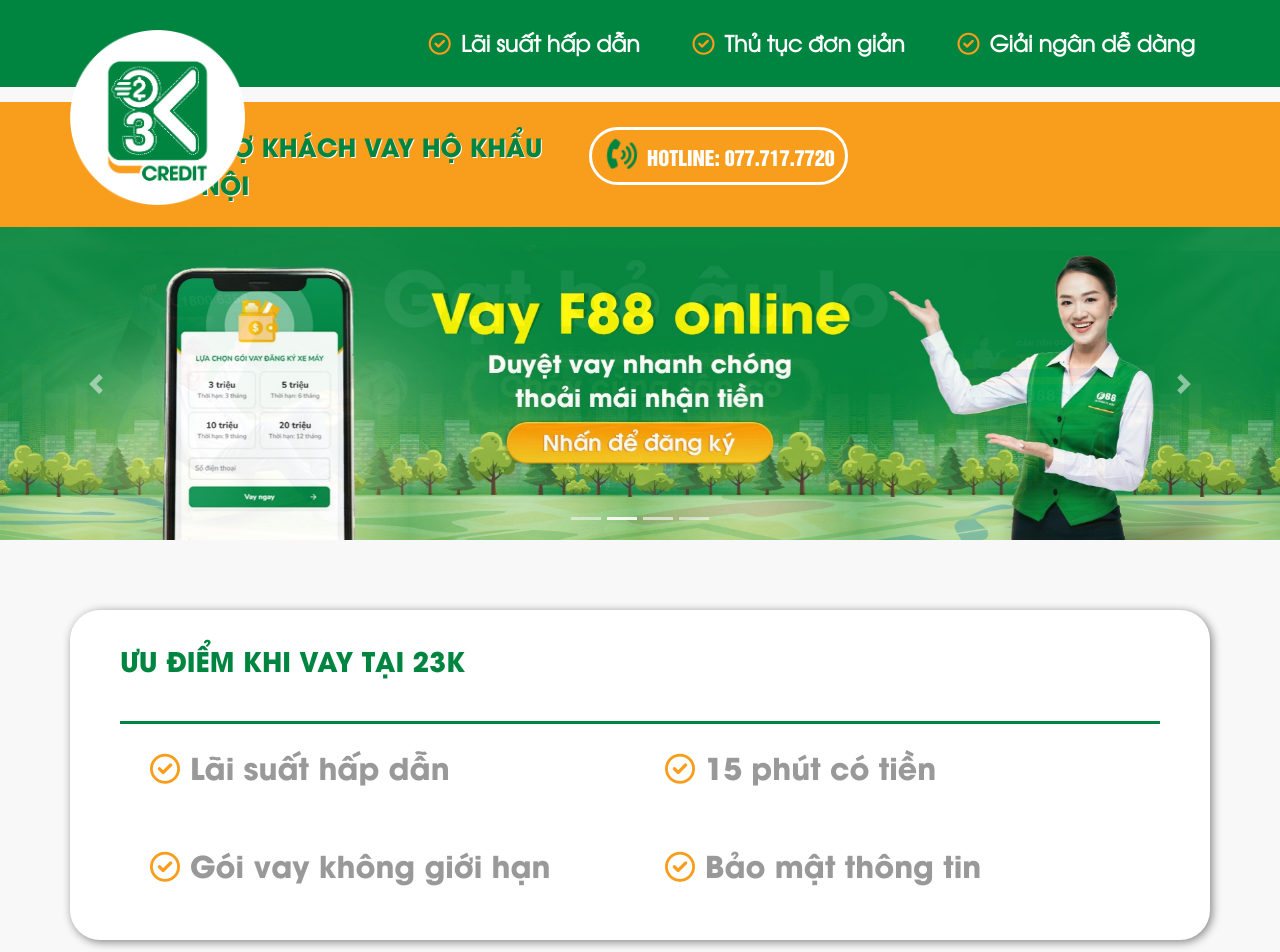
Repository: anhtu2110/23k.vn
Page: theme/index.html
An editor plug-in stored every save of this project. The page is shown before and after the next save, followed by the edit.
The browser window is 1280 px wide. The pictures show the part of the page from y = 0 to 952 px (the page is 1984 px tall).
A picture or video elsewhere on the page could not be fetched, so the positions and the page height are approximate.

Above is the page before, as saved 2022-12-29 21:39:20.

After the next save:
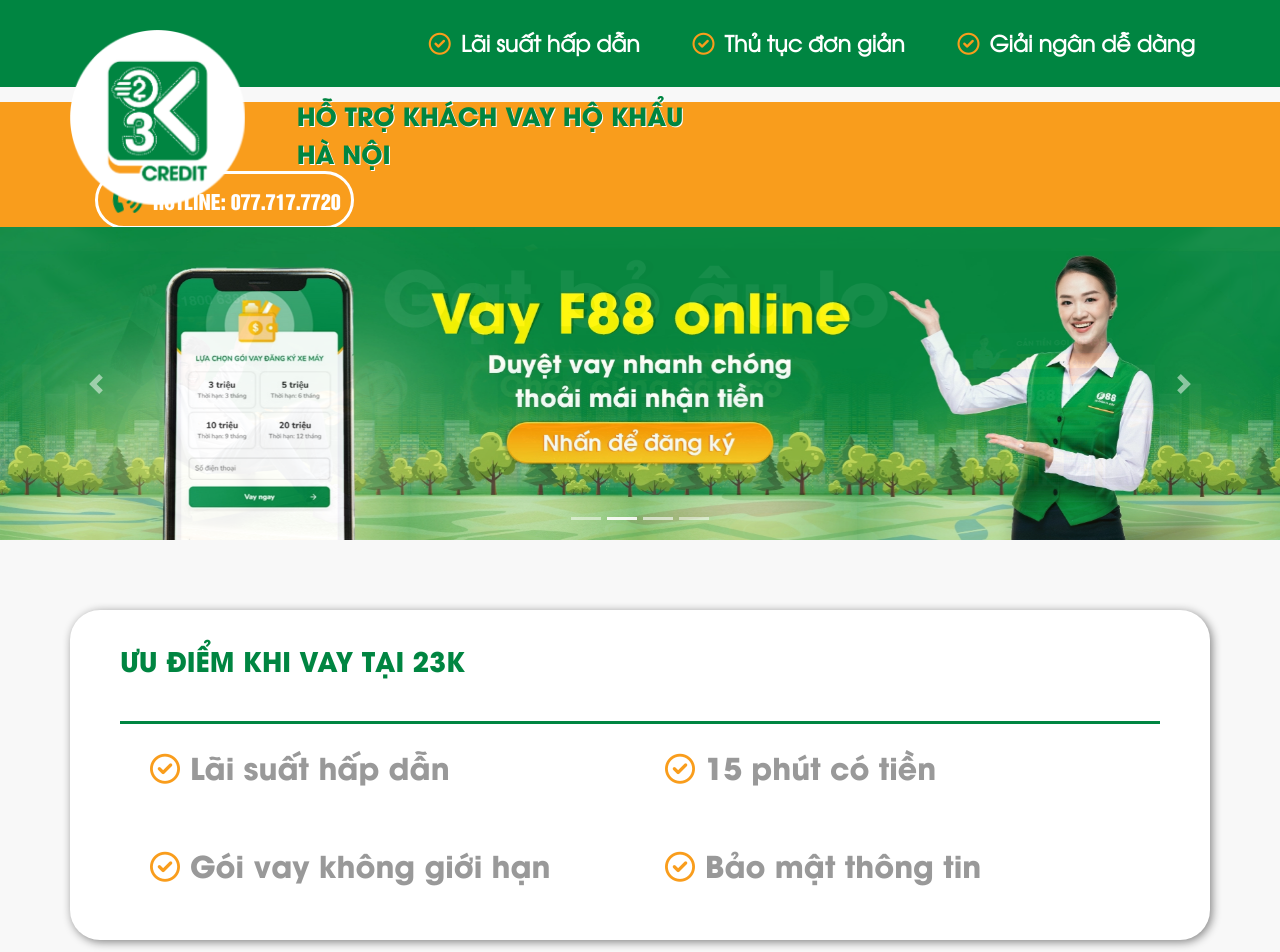
Saved 37 s later.
--- a/theme/index.html
+++ b/theme/index.html
@@ -41,7 +41,7 @@
             <div class="header-bottom">
                 <div class="container">
                     <div class="row">
-                        <div class="col-md-1"></div>
+                        <div class="col-md-3"></div>
                         <div class="col-md-6">
                             <span class="content text-uppercase">Hỗ trợ khách vay hộ khẩu hà nội</span>
                         </div>
